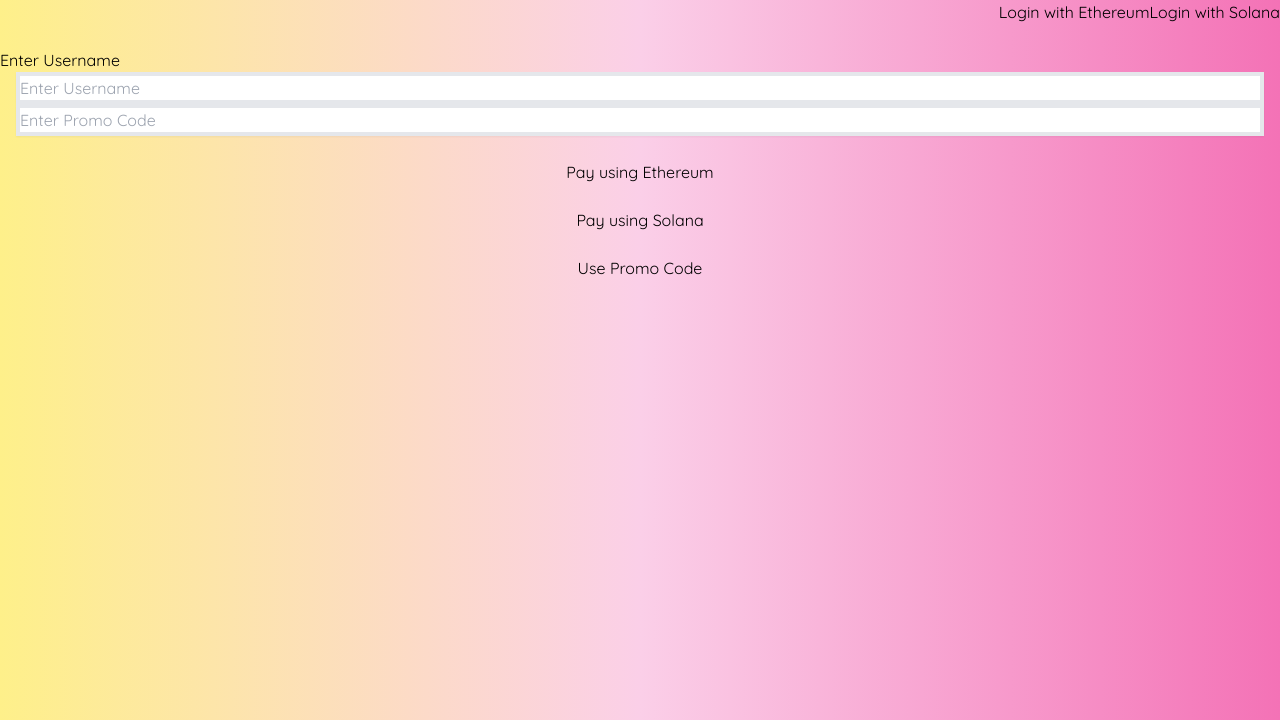
Repository: 22shivam/Polychain
Page: / (app in frontend/)
These files come from the project's save history. The page is drawn as it stood at one moment and after the next save; the edit follows.
The browser window is 1280 px wide. The pictures show the whole page.
The page's requests for data from a server got no answer. The project was rebuilt for these pictures with package versions that can differ from the ones it lists, and the page was loaded fresh each time. The framework's server and built-in components were replaced by stand-ins that run in the browser. No one was signed in, and anything a server would have sent is missing. Also part of the build but not shown: frontend/next.config.js.

Above is the page before, as saved 2022-01-01 11:35:46.

### frontend/pages/_app.js
import React from 'react';
import '../styles/globals.css'
import { useState, createContext } from 'react';

const UserContext = createContext({
  userAccount: "",
  setUserAccount: () => { }
});

function MyApp({ Component, pageProps }) {
  const [userAccount, setUserAccount] = useState({});
  const value = { userAccount, setUserAccount };
  console.log(userAccount)


  return (
    <UserContext.Provider value={value}>
      <Component {...pageProps} />
    </UserContext.Provider>
  )
}

export default MyApp
export { UserContext };

### frontend/pages/_document.js
import Document, { Html, Head, Main, NextScript } from 'next/document'

class MyDocument extends Document {
    render() {
        return (
            <Html>
                <Head>
                    <link rel="preconnect" href="https://fonts.googleapis.com" />
                    <link rel="preconnect" href="https://fonts.gstatic.com" crossorigin />
                    <link href="https://fonts.googleapis.com/css2?family=Quicksand:wght@300;400;500;600;700&display=swap" rel="stylesheet" />
                </Head>
                <body className='bg-gradient-to-r from-yellow-200 via-pink-200 to-pink-400'>
                    <Main />
                    <NextScript />
                </body>
            </Html>
        )
    }
}

export default MyDocument

### frontend/pages/index.js
import { useState, useEffect, useContext } from "react";
import transferSOL from "../lib/transferSol";
import transferEth from "../lib/transferEth";
import createPostRequest from "../lib/createPostRequest";
import { ethers } from "ethers";
import Link from 'next/link'
import getSolanaProvider from "../lib/getSolanaProvider";
import { UserContext } from "./_app";
import * as web3 from "@solana/web3.js";

export default function App() {
    console.log("rerendering")
    const [username, setUsername] = useState("")
    const [promoCode, setPromoCode] = useState("");
    const { userAccount, setUserAccount } = useContext(UserContext);

    const handleLogout = async () => {
        console.log(userAccount.blockchain)
        if (userAccount.blockchain == "sol") {
            window.solana.disconnect()
        }
        const response = await fetch("http://localhost:3001/logout", {
            credentials: 'include'
        })

        const processedResponse = await response.json()
        console.log(processedResponse)
        setUserAccount({})
    }

    useEffect(() => {
        // ask them to login either through solana or eth
        (async () => {
            console.log("fetching username details")
            const response = await fetch("http://localhost:3001/isLoggedIn", {
                credentials: 'include'
            })
            const processedResponse = await response.json()
            console.log("processedResponse", processedResponse)
            if (!processedResponse.isLoggedIn) {
                return console.log("please login first")
            } else {
                setUserAccount({ address: processedResponse.address, blockchain: processedResponse.blockchain })
            }
        })()
    }, [])

    useEffect(() => {
        if (window.ethereum) {
            window.ethereum.on('accountsChanged', handleLogout);
        }
        if (window.solana) {
            window.solana.on("disconnect", handleLogout)
        }
        return () => {
            if (window.ethereum) {
                window.ethereum.removeListener('accountsChanged', handleLogout);
            }
            if (window.solana) {
                window.solana.removeListener("disconnect", handleLogout);
            }
        }
    }, [])

    const registerUsingPromoCode = async (e) => {

        if (!window.ethereum)
            throw new Error("No Ethereum Crypto wallet found. Please install it.");
        // await window.ethereum.send("eth_requestAccounts");
        // const accounts = await window.ethereum.request({ method: 'eth_accounts' });
        if (!userAccount.address) {
            // ask them to login either through solana or eth
            return console.log("please login first")
        }

        const requestObject = {
            username,
            promoCode,
            address: userAccount.address,
            blockchain: userAccount.blockchain
        }

        try {
            const registrationResponse = await createPostRequest("http://localhost:3001/register/promo", requestObject)
            console.log(registrationResponse)
        } catch (err) { console.log("registration failed:", err) }

    }

    const registerUsingSolana = async (e) => {
        const coinbaseResponse = await fetch("https://api.coinbase.com/v2/exchange-rates")
        const data = await coinbaseResponse.json()
        const solPerUSD = data.data.rates.SOL
        const SOLpayValue = solPerUSD * 5
        const hash = await transferSOL(SOLpayValue, "AA6bqLgTzYPpFFH2R9XLdudibWcemLkKDRtZmPQEsEiS", setUserAccount);
        if (!hash) { return }

        const requestObject = {
            hash,
            username
        }

        try {
            const registrationResponse = await createPostRequest("http://localhost:3001/register/sol", requestObject)
            console.log(registrationResponse)
        } catch (err) { console.log("registration failed:", err) }


    }

    const registerUsingEthereum = async (e) => {
        // make get request to https://api.coinbase.com/v2/exchange-rates
        // get the USD value of ETH
        const coinbaseResponse = await fetch("https://api.coinbase.com/v2/exchange-rates")
        const data = await coinbaseResponse.json()
        const ethPerUSD = data.data.rates.ETH
        const ETHpayValue = ethPerUSD * 5

        const tx = await transferEth({
            ether: ETHpayValue.toString(),
            addr: "0x76aEB5092D8eabCec324Be739b8BA5dF473F0055"
        }, setUserAccount)
        if (!tx) { return }

        const requestObject = {
            tx,
            username
        }
        try {
            const registrationResponse = await createPostRequest("http://localhost:3001/register/eth", requestObject)
            console.log(registrationResponse)
        } catch (err) { console.log("registration failed:", err) }
    }

    const ethLogin = async (e) => {
        try {
            if (!window.ethereum)
                throw new Error("No Ethereum Crypto wallet found. Please install it.");
            // await window.ethereum.send("eth_requestAccounts");
            // const accounts = await window.ethereum.request({ method: 'eth_accounts' });
            const accounts = await window.ethereum.request({
                method: "wallet_requestPermissions",
                params: [{
                    eth_accounts: {}
                }]
            }).then(() => ethereum.request({
                method: 'eth_requestAccounts'
            }))
            // const accounts = await ethereum.request({ method: "eth_requestAccounts" })
            const provider = new ethers.providers.Web3Provider(window.ethereum);
            const signer = provider.getSigner();
            const message = `Logging in.... \n \n Random ID: ${Math.random().toString(36).slice(2)}`
            const signature = await signer.signMessage(message)
            const requestObject = {
                signature,
                message,
                address: accounts[0]
            }
            const loginResponse = await createPostRequest("http://localhost:3001/login/eth", requestObject)

            if (loginResponse.success) {
                setUserAccount({ address: accounts[0], blockchain: "eth" })
            }

            console.log(loginResponse)
        } catch (err) { console.log(err) }

    }

    const solLogin = async (e) => {
        try {
            const provider = await (async () => {
                if ("solana" in window) {
                    // await window.solana.request({ method: "disconnect" });
                    await window.solana.connect();
                    const provider = window.solana;
                    console.log("Is Phantom installed?  ", provider.isPhantom);
                    return provider
                } else {
                    window.open("https://www.phantom.app/", "_blank");
                }
            })()
            const message = `Logging in.... \n \n Random ID: ${Math.random().toString(36).slice(2)}`
            const encodedMessage = new TextEncoder().encode(message);
            const signedMessage = await window.solana.signMessage(encodedMessage, "utf8")
            console.log(JSON.parse(JSON.stringify(signedMessage.publicKey)).toString())
            console.log(signedMessage.publicKey.toBase58()) // returns publickey in base58.
            console.log(new web3.PublicKey(signedMessage.publicKey.toBase58()))
            console.log(Object.getPrototypeOf(signedMessage.publicKey))
            console.log(signedMessage.publicKey)
            console.log(signedMessage.publicKey)
            console.log(signedMessage.publicKey._bn)
            console.log(signedMessage)
            console.log(JSON.stringify(signedMessage))


            const requestObject = {
                signedMessage: signedMessage,
                message,
                address: signedMessage.publicKey.toBytes(),
                publicKey: signedMessage.publicKey.toBase58()

            }
            const loginResponse = await createPostRequest("http://localhost:3001/login/sol", requestObject)

            if (loginResponse.success) {
                setUserAccount({ address: signedMessage.publicKey.toString(), blockchain: "sol" })
            }

            console.log(loginResponse)
        } catch (err) { console.log(err) }
    }


    return (
        <div className="flex flex-col">
            <div className="flex flex-row" id="nav_bar">
                <div className="grow-0" id="left_nav_bar"> </div>
                <div className="grow" id="spacer">  </div>
                <div className="grow-0" id="right_nav_bar">
                    {userAccount.address ?
                        <div>
                            <h1><Link href="/dashboard">Dashboard</Link></h1>
                            <button onClick={handleLogout}>Logout</button>
                        </div>
                        : (
                            <div>
                                <button onClick={ethLogin}>Login with Ethereum</button>
                                <button onClick={solLogin}>Login with Solana</button>

                            </div>
                        )}


                </div>
            </div>

            <br />
            <h1> Enter Username </h1>
            <input value={username} onChange={(e) => { setUsername(e.target.value) }} className="shadow-sm mr-4 ml-4 border-4" name="ether" type="text" placeholder="Enter Username" />
            <input value={promoCode} onChange={(e) => { setPromoCode(e.target.value) }} className="shadow-sm mr-4 ml-4 border-4" name="ether" type="text" placeholder="Enter Promo Code" />
            <br />
            <button onClick={registerUsingEthereum}>Pay using Ethereum</button>
            <br />
            <button onClick={registerUsingSolana}>Pay using Solana</button>
            <br />
            <button onClick={registerUsingPromoCode}>Use Promo Code</button>
        </div>

    );
}

### frontend/styles/globals.css
@tailwind base;
@tailwind components;
@tailwind utilities;

html,
body {
  padding: 0;
  margin: 0;
  font-family: Quicksand, -apple-system, BlinkMacSystemFont, Segoe UI, Roboto, Oxygen,
    Ubuntu, Cantarell, Fira Sans, Droid Sans, Helvetica Neue, sans-serif;
}

a {
  color: inherit;
  text-decoration: none;
}

* {
  box-sizing: border-box;
}

### frontend/lib/transferSol.js
import getSolanaProvider from "./getSolanaProvider";
import * as web3 from '@solana/web3.js';

export default async function transferSOL(solAmount, toAddr, setUserAccount) {
    // Detecing and storing the phantom wallet of the user (creator in this case)
    var provider = await getSolanaProvider();

    // Establishing connection
    var connection = new web3.Connection(
        web3.clusterApiUrl('devnet'), // change to mainnet-beta when deploying
    );
    var recieverWallet = new web3.PublicKey(toAddr);
    console.log("pblickey of sender", provider.publicKey)
    var transaction = new web3.Transaction().add(
        web3.SystemProgram.transfer({
            fromPubkey: provider.publicKey,
            toPubkey: recieverWallet,
            lamports: solAmount * web3.LAMPORTS_PER_SOL
        }),
    );

    // Setting the variables for the transaction
    transaction.feePayer = await provider.publicKey;
    let blockhashObj = await connection.getRecentBlockhash();
    transaction.recentBlockhash = await blockhashObj.blockhash;
    // Request creator to sign the transaction (allow the transaction)
    let signed = await provider.signTransaction(transaction);
    // The signature is generated
    let hash = await connection.sendRawTransaction(signed.serialize());
    console.log(hash)
    // Confirm whether the transaction went through or not
    if (setUserAccount) {
        setUserAccount({ address: provider.publicKey, blockchain: "sol" })
    }
    await connection.confirmTransaction(hash);
    return hash
}

### frontend/lib/transferEth.js
import { ethers } from 'ethers'
import { toBn } from 'evm-bn';

const transferEth = async ({ ether, addr }, setUserAccount) => {
    try {
        if (!window.ethereum)
            throw new Error("No crypto wallet found. Please install it.");

        const accounts = await ethereum.request({ method: "eth_requestAccounts" })
        // await window.ethereum.request({ method: 'eth_accounts' });
        const provider = new ethers.providers.Web3Provider(window.ethereum);
        const signer = provider.getSigner();
        const tx = await signer.sendTransaction({
            to: addr,
            value: toBn(ether)
        });
        if (setUserAccount) {
            setUserAccount({ address: accounts[0], blockchain: "eth" })
        }
        return tx
    } catch (err) {
        alert(err.message)
    }
};

export default transferEth

### frontend/lib/createPostRequest.js

const createPostRequest = async (url, requestObject) => {
    const response = await fetch(url, {
        method: 'POST', // *GET, POST, PUT, DELETE, etc.
        mode: 'cors', // no-cors, *cors, same-origin
        cache: 'no-cache', // *default, no-cache, reload, force-cache, only-if-cached
        credentials: 'include', // include, *same-origin, omit
        headers: {
            'Content-Type': 'application/json'
            // 'Content-Type': 'application/x-www-form-urlencoded',
        },
        redirect: 'follow', // manual, *follow, error
        referrerPolicy: 'no-referrer', // no-referrer, *no-referrer-when-downgrade, origin, origin-when-cross-origin, same-origin, strict-origin, strict-origin-when-cross-origin, unsafe-url
        body: JSON.stringify(requestObject) // body data type must match "Content-Type" header
    });

    const processedResponse = await response.json();

    return processedResponse
}

export default createPostRequest;

### frontend/lib/getSolanaProvider.js
const getSolanaProvider = async () => {
    if ("solana" in window) {
        await window.solana.connect();
        const provider = window.solana;
        if (provider.isPhantom) {
            console.log("Is Phantom installed?  ", provider.isPhantom);
            return provider;
        }
    } else {
        window.open("https://www.phantom.app/", "_blank");
    }
};

export default getSolanaProvider;

Loaded but not shown: frontend/tailwind.config.js (common file)

After the next save:
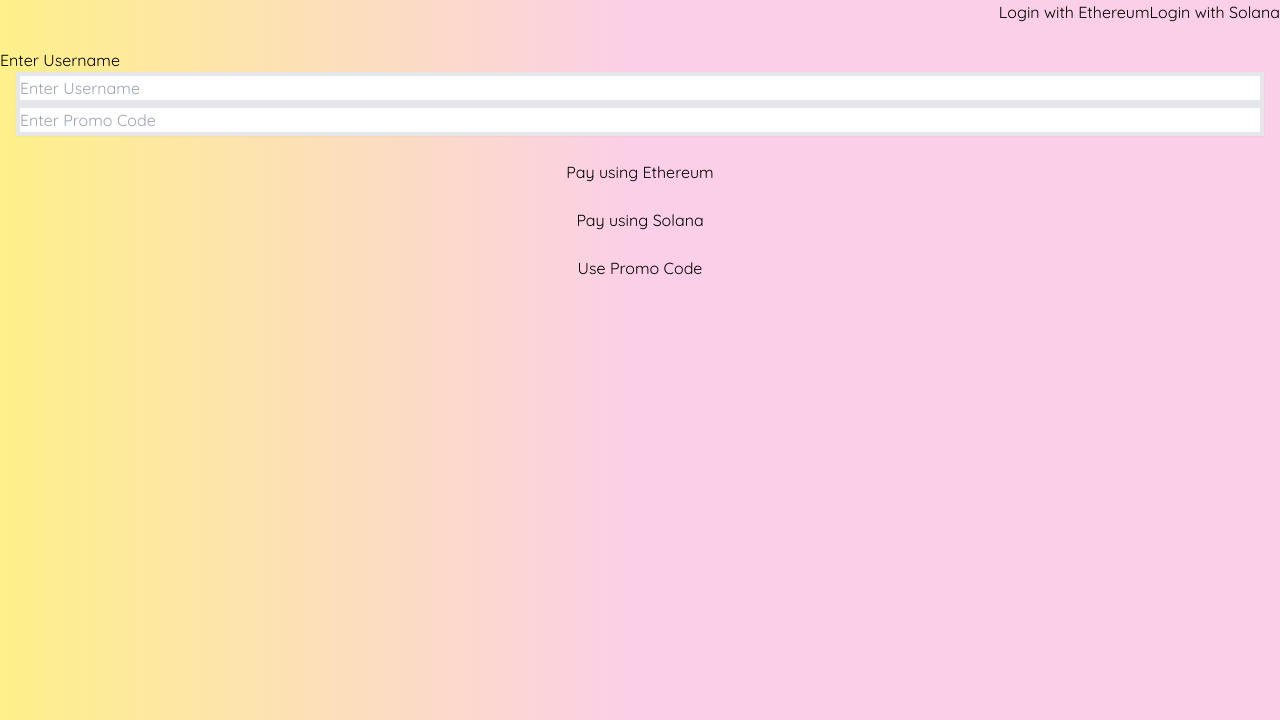
Saved 2 min 32 s later.
--- a/frontend/pages/_document.js
+++ b/frontend/pages/_document.js
@@ -9,7 +9,7 @@ class MyDocument extends Document {
                     <link rel="preconnect" href="https://fonts.gstatic.com" crossorigin />
                     <link href="https://fonts.googleapis.com/css2?family=Quicksand:wght@300;400;500;600;700&display=swap" rel="stylesheet" />
                 </Head>
-                <body className='bg-gradient-to-r from-yellow-200 via-pink-200 to-pink-400'>
+                <body className='bg-gradient-to-r from-yellow-200 via-pink-200 to-pink-200'>
                     <Main />
                     <NextScript />
                 </body>
